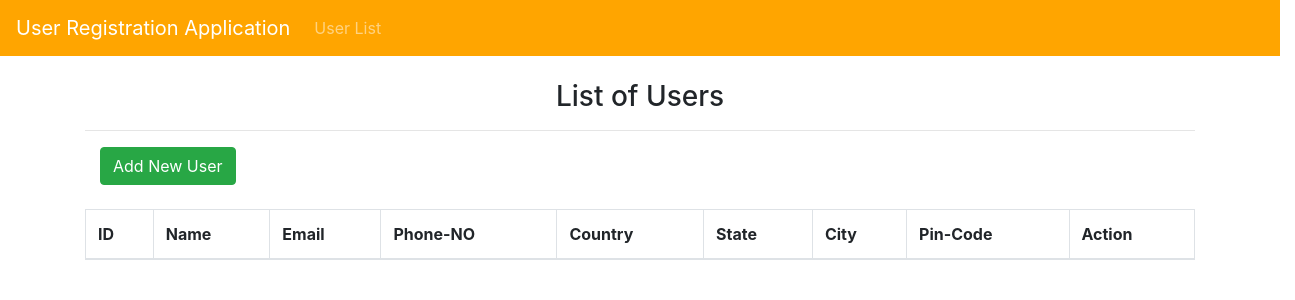
Repository: Malli120391/UserRegistrationSystemCrud
Page: http://localhost/UserRegistrationSystem/userlist.jsp
These files come from the project's save history. The page is drawn as it stood at one moment and after the next save; the edit follows.
The browser window is 1280 px wide. The page is 1295 px wide, so the pictures cover 1295 px, including what lies to the right of the window. The pictures show the whole page.
The page is served by Tomcat 9. Other server files are loaded and not shown.

Above is the page before, as saved 2020-12-27 04:26:31.

### UserRegistrationSystem/WebContent/userlist.jsp
<%@ page language="java" contentType="text/html; charset=ISO-8859-1"
    pageEncoding="ISO-8859-1"%>
    <%@ taglib uri="http://java.sun.com/jsp/jstl/core" prefix="c" %>
<!DOCTYPE html>
<html>
<head>
<meta charset="ISO-8859-1">
<title>User Registration Application</title>
     <link rel="stylesheet"
      href="https://stackpath.bootstrapcdn.com/bootstrap/4.3.1/css/bootstrap.min.css"
      integrity="sha384-ggOyR0iXCbMQv3Xipma34MD+dH/1fQ784/j6cY/iJTQUOhcWr7x9JvoRxT2MZw1T"
       crossorigin="anonymous">
</head>
<body>

    <header>

         <nav class="navbar navbar-expand-md navbar-dark" style="background-color: orange">

         <div>
         <a href="http://www.xadmin.net" class="navbar-brand">User
         Registration Application</a>
         </div>

          <ul class="navbar-nav">
          <li><a href="<%=request.getContextPath()%>/list" class="nav-link">User List</a></li>
          </ul>

         </nav>

    </header>
    <br>

    <div class="row">
      <div class="container">
       <h3 class="text-center">List of Users</h3>
       <hr>
          <div class="container text-left">
          <a href="<%=request.getContextPath() %>/newuser" class="btn btn-success">Add New User</a>
          </div>
       <br>
       <table class="table table-bordered">
                <thead>
                <tr>
                <th>ID</th>
                <th>Name</th>
                <th>Email</th>
                <th>Phone-NO</th>
                <th>Country</th>
                <th>State</th>
                <th>City</th>
                <th>Pin-Code</th>
                <th>Action</th>
                </tr>
                </thead>
                <tbody>
                   <c:forEach var="user" items="${listUser}">
                   <tr>
                   <td><c:out value="${user.id}"></c:out></td>
                   <td><c:out value="${user.name}"></c:out></td>
                   <td><c:out value="${user.email}"></c:out></td>
                   <td><c:out value="${user.phoneNo}"></c:out></td>
                   <td><c:out value="${user.country}"></c:out></td>
                   <td><c:out value="${user.state}"></c:out></td>
                   <td><c:out value="${user.city}"></c:out></td>
                   <td><c:out value="${user.pincode}"></c:out></td>

                   <td><a href="edituser?id=<c:out value='${user.id}'/>">Edit</a>
                       &nbsp;&nbsp;&nbsp;&nbsp; <a
                       href="deleteuser?id=<c:out value='${user.id}' />">Delete</a></td>
                   </tr>
                   </c:forEach>

                </tbody>

       </table>


      </div>

    </div>

</body>
</html>

After the next save:
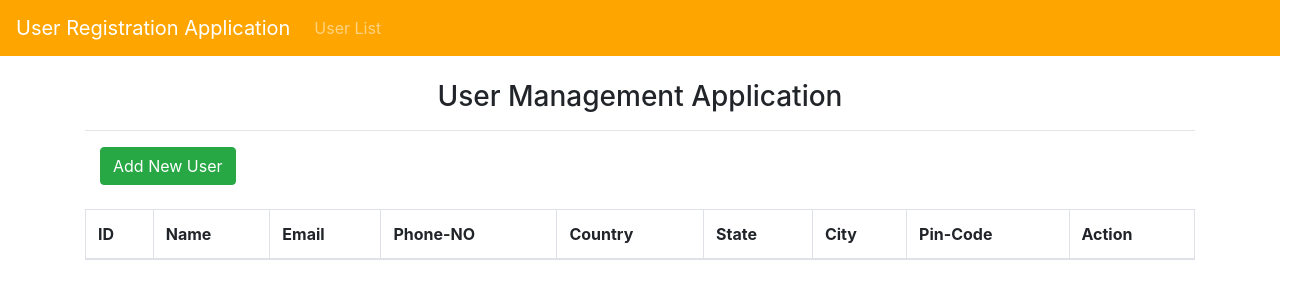
Saved 103 s later.
--- a/UserRegistrationSystem/WebContent/userlist.jsp
+++ b/UserRegistrationSystem/WebContent/userlist.jsp
@@ -18,7 +18,7 @@
          <nav class="navbar navbar-expand-md navbar-dark" style="background-color: orange">
 
          <div>
-         <a href="http://www.xadmin.net" class="navbar-brand">User
+         <a href="http://www.google.com" class="navbar-brand">User
          Registration Application</a>
          </div>
 
@@ -33,7 +33,7 @@
 
     <div class="row">
       <div class="container">
-       <h3 class="text-center">List of Users</h3>
+       <h3 class="text-center">User Management Application</h3>
        <hr>
           <div class="container text-left">
           <a href="<%=request.getContextPath() %>/newuser" class="btn btn-success">Add New User</a>
